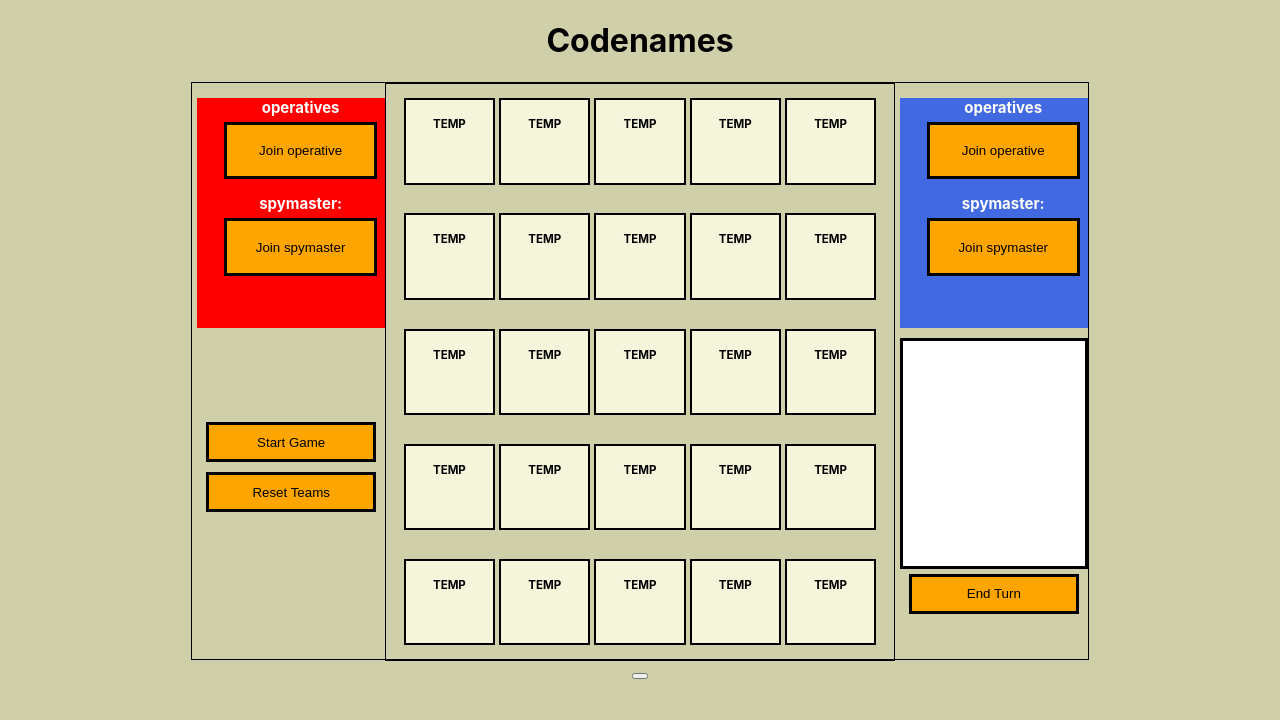
Repository: alcarrizo/Codenames-Fullstack
Page: / (app in client/)
An editor plug-in stored every save of this project. The page is shown before and after the next save, followed by the edit.
The browser window is 1280 px wide. The pictures show the whole page.
The project was rebuilt for these pictures with package versions that can differ from the ones it lists, and the page was loaded fresh each time. Imported but missing from the stored project, and not drawn on this page: client/src/reportWebVitals.

Above is the page before, as saved 2023-01-10 20:00:46.

### client/src/index.js
import React from 'react';
import ReactDOM from 'react-dom/client';
import './index.css';
import App from './App';
import reportWebVitals from './reportWebVitals';
import './css/styles.css'


const root = ReactDOM.createRoot(document.getElementById('root'));
root.render(
  <React.StrictMode>
    <App />
  </React.StrictMode>
);

// If you want to start measuring performance in your app, pass a function
// to log results (for example: reportWebVitals(console.log))
// or send to an analytics endpoint. Learn more: https://bit.ly/CRA-vitals
reportWebVitals();

### client/src/App.js
import logo from './logo.svg';
import './App.css';
import { useState, useEffect } from 'react';

const Card = ({ card, revealCard }) => {

  const className = card.clicked ? "card " + card.team : 'card'
  return (
    <div className={className} onClick={() => revealCard(card.id)}>
      {card.word === null ? 'temp' : card.word}
    </div >
  )
}
const PlayerSide = ({ className, onClick }) => {
  if (className === 'red') {
    return (
      <div className={className + "Side"}>
        <PlayerInfo className={className} />
        <div className='menu'>
          <Btn className='menuBtn' onClick={onClick} id="startBtn" name="Start Game" />
          <Btn className='menuBtn' id="resetBtn" name="Reset Teams" />
        </div>
      </div>
    )
  }
  else {
    return (
      <div className={className + "Side"}>
        <PlayerInfo className={className} />
        <div className='clue-log'></div>
        <Btn className='menuBtn' id="endTurn" name="End Turn" />
      </div>
    )
  }
}
const PlayerInfo = ({ className }) => {
  return (
    <div className={className + "Team"}>
      <p>operatives </p>
      <p id={className + '-operative-players'}></p>
      <Btn className="join-button" id={className + '-join-operative'} name="Join operative" />
      <p>spymaster: </p>
      <p id={className + '-spymaster-players'}></p>
      <Btn className="join-button" id={className + '-join-spymaster'} name="Join spymaster" />
      <p id={className + '-remaining-cards'}></p>
    </div>
  )

}

const Btn = (props) => {
  return (
    <button id={props.id} onClick={props.onClick} className={props.className}>{props.name}</button>
  )
}

const App = () => {

  const [cards, setCards] = useState(Array(25).fill({
    id: 0,
    word: null,
    team: 'beige',
    clicked: false
  }).map((c, i) => {
    return {
      ...c, id: i
    }
  }
  ))

  const words = "Africa, Agent, Air, Alien, Alps, Amazon, Ambulance, America, Angel, Antarctica, Apple, Arm, Atlantis, Australia, Aztec, Back, Ball, Band, Bank, Bar, Bark, Bat, Battery, Beach, Bear, Beat, Bed, Beijing, Bell, Belt, Berlin, Bermuda, Berry, Bill, Block, Board, Bolt, Bomb, Bond, Boom, Boot, Bottle, Bow, Box, Bridge, Brush, Buck, Buffalo, Bug, Bugle, Button, Calf, Canada, Cap, Capital, Car, Card, Carrot, Casino, Cast, Cat, Cell, Centaur, Center, Chair, Change, Charge, Check, Chest, Chick, China, Chocolate, Church, Circle, Cliff, Cloak, Club, Code, Cold, Comic, Compound, Concert, Conductor, Contract, Cook, Copper, Cotton, Court, Cover, Crane, Crash, Cricket, Cross, Crown, Cycle, Czech, Dance, Date, Day, Death, Deck, Degree, Diamond, Dice, Dinosaur, Disease, Doctor, Dog, Draft, Dragon, Dress, Drill, Drop, Duck, Dwarf, Eagle, Egypt, Embassy, Engine, England, Europe, Eye, Face, Fair, Fall, Fan, Fence, Field, Fighter, Figure, File, Film, Fire, Fish, Flute, Fly, Foot, Force, Forest, Fork, France, Game, Gas, Genius, Germany, Ghost, Giant, Glass, Glove, Gold, Grace, Grass, Greece, Green, Ground, Ham, Hand, Hawk, Head, Heart, Helicopter, Himalayas, Hole, Hollywood, Honey, Hood, Hook, Horn, Horse, Horseshoe, Hospital, Hotel, Ice, Ice cream, India, Iron, Ivory, Jack, Jam, Jet, Jupiter, Kangaroo, Ketchup, Key, Kid, King, Kiwi, Knife, Knight, Lab, Lap, Laser, Lawyer, Lead, Lemon, Leprechaun, Life, Light, Limousine, Line, Link, Lion, Litter, Loch ness, Lock, Log, London, Luck, Mail, Mammoth, Maple, Marble, March, Mass, Match, Mercury, Mexico, Microscope, Millionaire, Mine, Mint, Missile, Model, Mole, Moon, Moscow, Mount, Mouse, Mouth, Mug, Nail, Needle, Net, New york, Night, Ninja, Note, Novel, Nurse, Nut, Octopus, Oil, Olive, Olympus, Opera, Orange, Organ, Palm, Pan, Pants, Paper, Parachute, Park, Part, Pass, Paste, Penguin, Phoenix, Piano, Pie, Pilot, Pin, Pipe, Pirate, Pistol, Pit, Pitch, Plane, Plastic, Plate, Platypus, Play, Plot, Point, Poison, Pole, Police, Pool, Port, Post, Pound, Press, Princess, Pumpkin, Pupil, Pyramid, Queen, Rabbit, Racket, Ray, Revolution, Ring, Robin, Robot, Rock, Rome, Root, Rose, Roulette, Round, Row, Ruler, Satellite, Saturn, Scale, School, Scientist, Scorpion, Screen, Scuba diver, Seal, Server, Shadow, Shakespeare, Shark, Ship, Shoe, Shop, Shot, Sink, Skyscraper, Slip, Slug, Smuggler, Snow, Snowman, Sock, Soldier, Soul, Sound, Space, Spell, Spider, Spike, Spine, Spot, Spring, Spy, Square, Stadium, Staff, Star, State, Stick, Stock, Straw, Stream, Strike, String, Sub, Suit, Superhero, Swing, Switch, Table, Tablet, Tag, Tail, Tap, Teacher, Telescope, Temple, Theater, Thief, Thumb, Tick, Tie, Time, Tokyo, Tooth, Torch, Tower, Track, Train, Triangle, Trip, Trunk, Tube, Turkey, Undertaker, Unicorn, Vacuum, Van, Vet, Wake, Wall, War, Washer, Washington, Watch, Water, Wave, Web, Well, Whale, Whip, Wind, Witch, Worm, Yard".split(',')

  const revealCard = (id) => {
    const card = cards.find(c => c.id === id)
    const revealedCard = { ...card, clicked: true }
    setCards(cards.map(c => c.id === id ? revealedCard : c))
  }
  const setUpCards = () => {

    console.log('temp')

    // array to hold the words
    var cardWords = []
    // Keeps track of the selected words to avoid using the same word twice
    var usedWords = []
    // for loop to select 25 unique random words
    for (let i = 0; i < 25; i++) {
      let randumNum = Math.round(Math.random() * 399)

      while (usedWords.includes(randumNum)) {
        randumNum = Math.round(Math.random() * 399)
      }

      usedWords.push(randumNum)
      cardWords.push(words[randumNum])
    }

    const newCards = cards.map((c, i) => {
      return { ...c, word: words[cardWords[i]] }
    })

    setCards(newCards)

  }

  return (
    <div className="App">
      <h1>Codenames</h1>


      <div className='wrapper'>
        <PlayerSide className="red" />

        <div className='gameBoard'>
          {
            cards.map((card) =>
              <Card
                key={card.id}
                card={card}
                revealCard={revealCard} />
            )
          }

        </div>

        <PlayerSide onClick={() => setUpCards()} className="blue" />
        <div className='win-screen hide' id='win-screen'></div>
      </div>

      <div className='clue-area hide' id='clue-area'>
        <input className='clue-text' id='clue-text' type="text" />
        <div className="rangeDiv" id="rangeDiv">
          <input className="clue-range" id='clueRange' type="range" autoComplete='off' min="0" max="10" defaultValue="0" />
          <h3 className="range-number" id="rangeNumber">0</h3>
        </div>
        <Btn className="clue-submit" id="clue-submit" name="Give Clue" />
      </div>

      <button onClick={() => setUpCards()}></button>

    </div>
  );
}

export default App;

### client/src/css/styles.css
body {
    background-color: #cfcfaa;
}

body.red {
    background-color: #b44c2b;
}

body.blue {
    background-color: #4799b7;
}

.wrapper {
    position: relative;
    border: 0.05rem solid black;
    width: 70%;
    height: 80vh;
    display: flex;
    background: none;
    margin: 0 auto;

}

.gameBoard {
    display: flex;
    flex-wrap: wrap;
    justify-content: center;
    text-align: center;
    width: 35rem;
    height: 100%;
    /*   width: 500px;
    height: 500px; */
    /*width: 15rem;
    height: 15rem;
    */
    border: 0.05rem solid black;
    margin: auto;
}



.card {
    /* background-color: royalblue; */
    background-color: beige;
    box-sizing: border-box;
    /*width: 75px;
    height: 65px;
  */
    /*   width: 5.5rem;
    height: 5rem; */
    width: 18%;
    height: 15%;
    margin: auto 2px;
    border: 2px black solid;
    font-size: .9vw;
    padding-top: 17px;
    text-transform: uppercase;
    font-weight: bold;
    transition: none;
}

.card.blue {
    background-color: royalblue;

}

.card.red {
    background-color: #ff6000;
}

.card.black {
    background-color: black;
    color: white;

}

.card.beige {
    background-color: #b9b979;
}

.card.blue,
.card.red,
.card.black,
.card.beige {
    transition: background-color 1s;
}

.card.blue.picked,
.card.red.picked,
.card.black.picked,
.card.beige.picked {
    transition: opacity 1s;
    opacity: 50%;
}


.redSide,
.blueSide {
    color: white;
    height: 100%;
    width: 13rem;
    font-size: 15px;
    font-weight: bold;
    padding-left: 5px;
    padding-bottom: 10px;
    margin: 0 auto;
}

.blueTeam,
.redTeam {
    height: 40%;
    margin-top: 10px;
    padding-left: 10%;

    box-sizing: border-box;
}

.redTeam {
    background-color: red;

}

.blueTeam {
    background-color: royalblue;

}

.blueSide {
    height: 100%;
}

.join-button {
    display: block;
    width: 90%;
    height: 25%;
    margin: -10px auto 0;
    background-color: orange;
    border: black solid 3px;
}

.join-button.hide {
    display: none;
}

.menuBtn {
    display: block;
    width: 90%;
    height: 40px;
    margin: 0 auto;
    background-color: orange;
    border: black solid 3px;
    margin-bottom: 10px;


}

.menuBtn.hide {
    display: none;
}

.menu {
    display: block;
    width: 100%;
    margin-top: 50%;
}

.clue-log {
    color: black;
    width: 100%;
    height: 40%;
    margin: 10px 0 5px;
    padding-left: 10px;
    background-color: white;
    box-sizing: border-box;
    border: black solid 3px;
    overflow-y: auto;
    line-height: 1.5;
}

.rangeDiv {
    display: inline-block;
    text-align: center;

}

.rangeDiv h3 {
    margin: 0;
    display: inline-block;
}

.clue-area {
    margin: 10px auto 0;
    width: 400px;
    height: 50px;
    margin-bottom: 15px;
}

.clue-area.hide {
    display: none;
}

.clue-submit {
    display: block;
    margin: 10px auto 0;
}

.win-screen {
    box-sizing: border-box;
    position: absolute;
    width: 30%;
    height: 30%;
    background-color: orange;
    top: 35%;
    left: 35%;
    text-align: center;
    font-size: 35px;
    line-height: 170px;
    font-weight: 800;
    border: black solid 3px;

}

.win-screen.hide {
    display: none;
}

Loaded but not shown: client/public/index.html (common file); client/src/index.css (common file); client/src/App.css (common file)

After the next save:
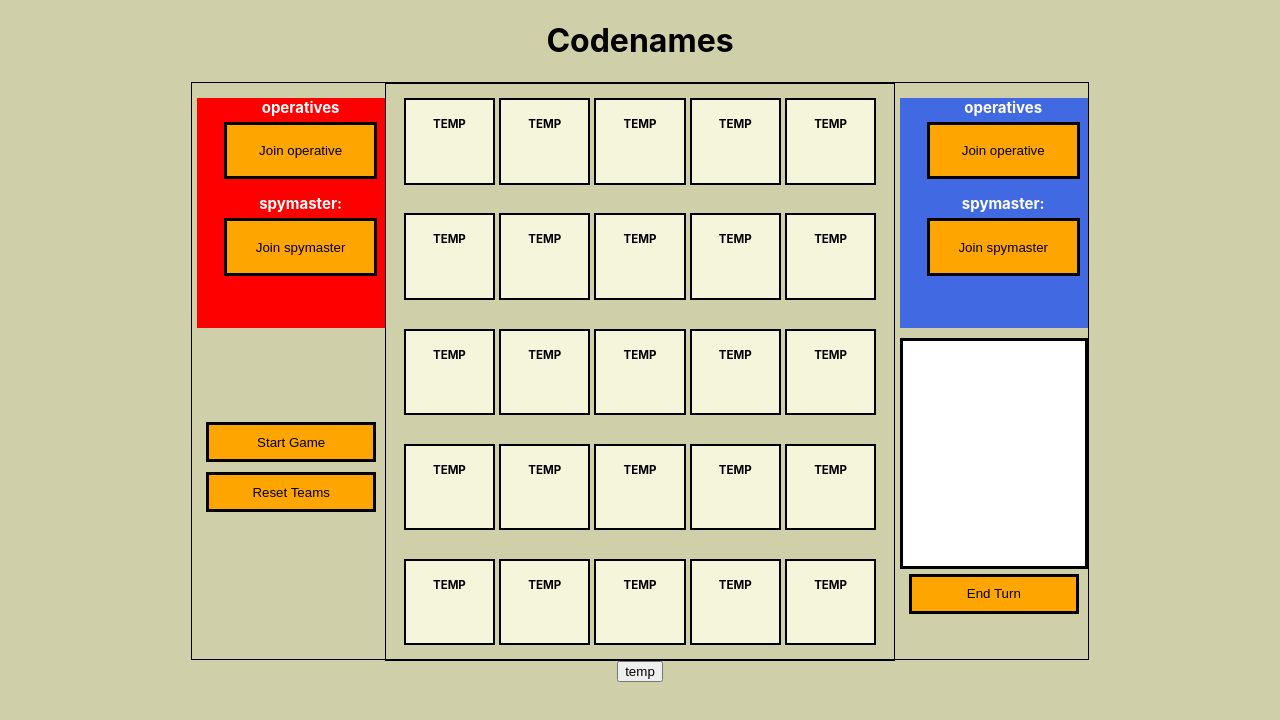
Saved 11 s later.
--- a/client/src/App.js
+++ b/client/src/App.js
@@ -136,7 +136,7 @@ const App = () => {
         <Btn className="clue-submit" id="clue-submit" name="Give Clue" />
       </div>
 
-      <button onClick={() => setUpCards()}></button>
+      <button onClick={() => setUpCards()}> temp</button>
 
     </div>
   );
